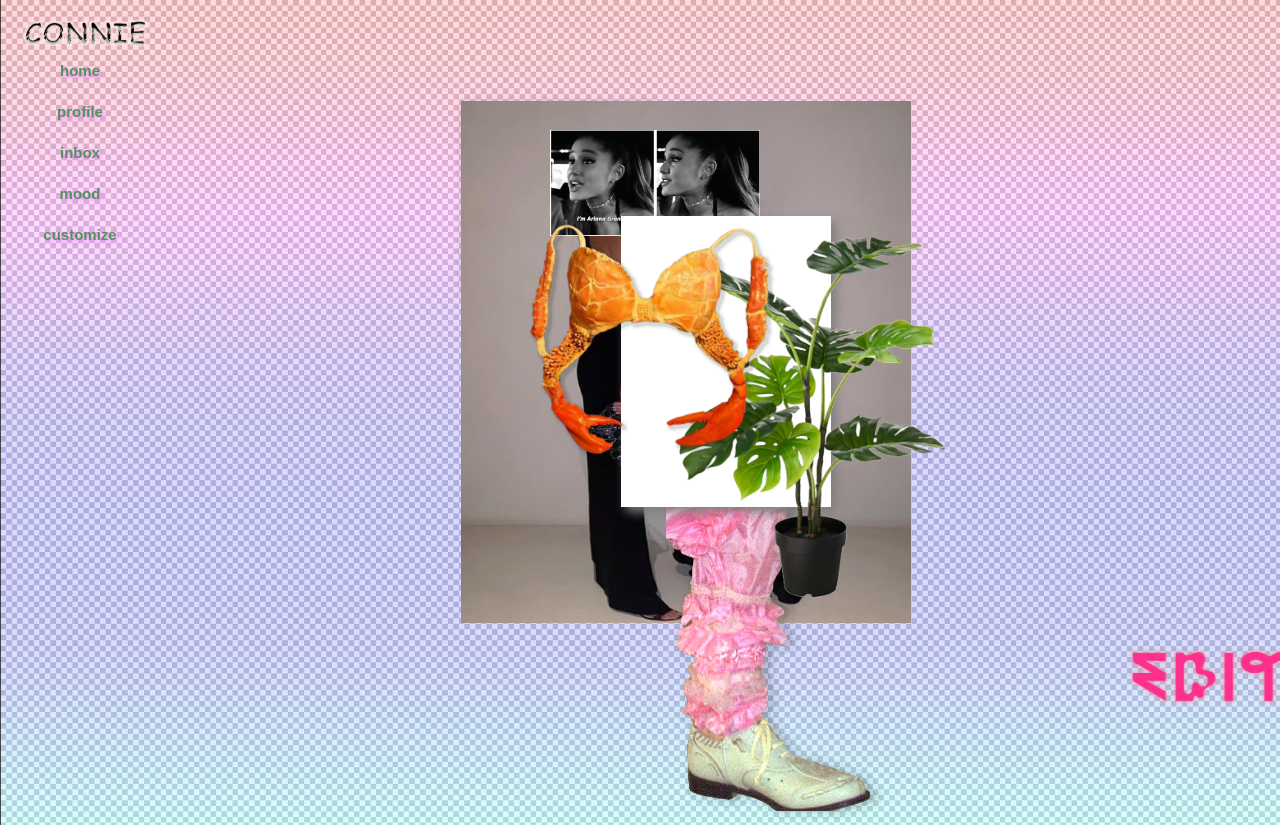
Repository: xuc009/xuc009.github.io
Page: track12/index.html
The author's editor kept a copy of each file at every save. The page is drawn from the files as they stood at one save, then again after the next save.
The browser window is 1280 px wide. The pictures show the whole page.
Some web fonts or font styles are not loaded; a fallback is used. Some web libraries are served in a nearby version.

Above is the page before, as saved 2018-12-08 16:55:42.

After the next save:
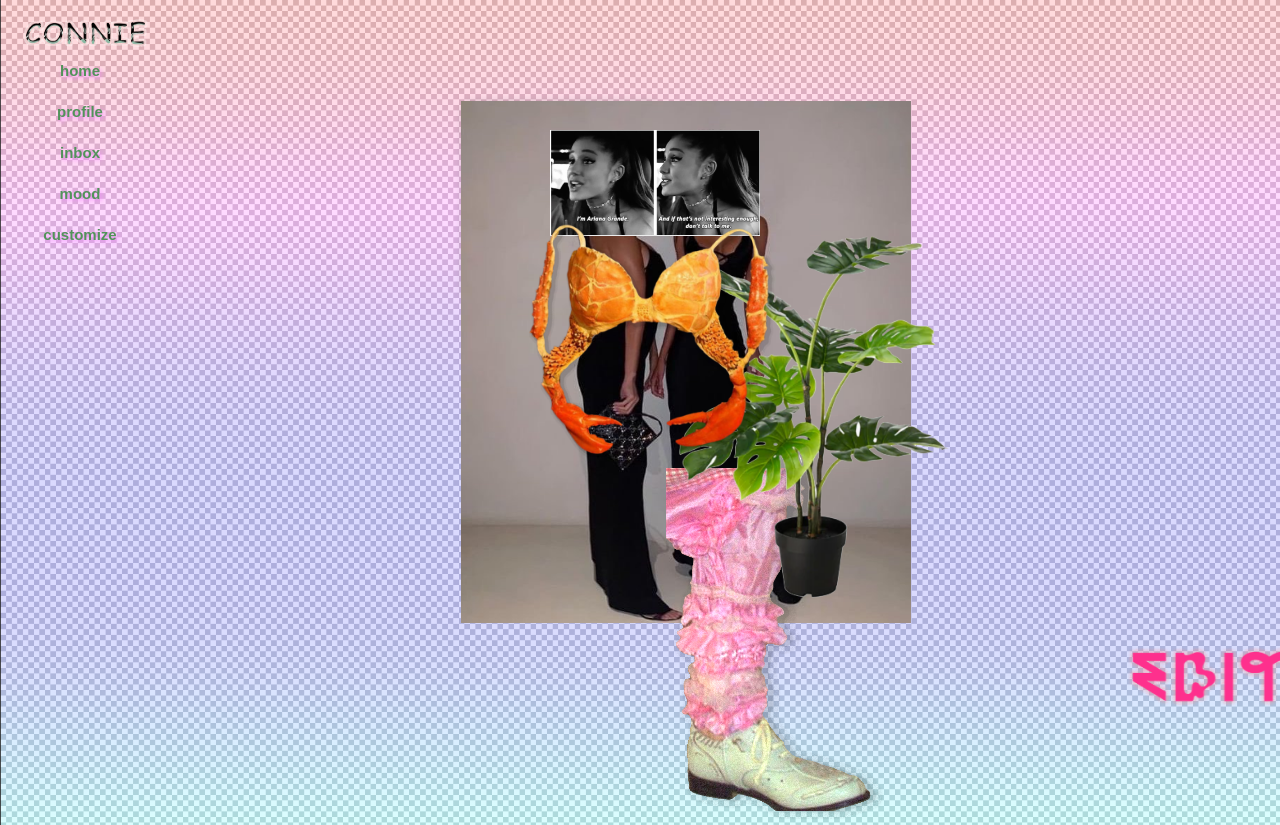
Saved 7 s later.
--- a/track12/assets/css/styles.css
+++ b/track12/assets/css/styles.css
@@ -81,8 +81,6 @@
 
 #draggable4{
     position: absolute;
-    width: 210px;
-    height: 291px;
     top: 30%;
     left: 48.5%;
     cursor: move;
